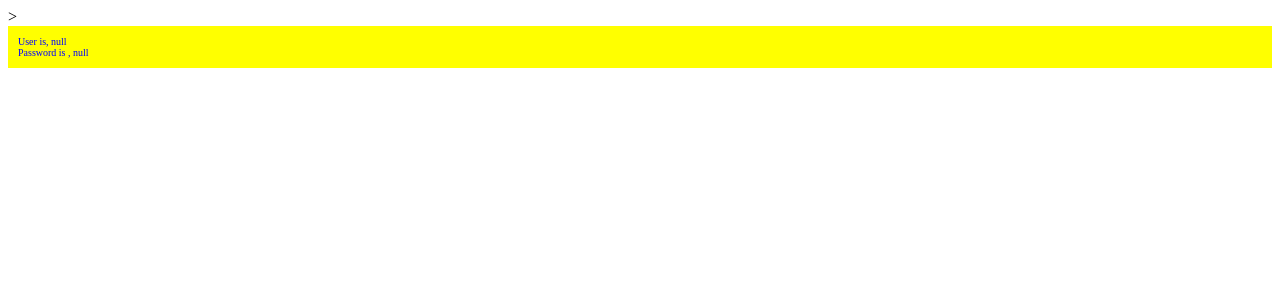
Repository: savithahb/springboot-apps
Page: http://localhost/WebOld2/result.jsp
The author's editor kept a copy of each file at every save. The page is drawn from the files as they stood at one save, then again after the next save.
The browser window is 1280 px wide. The pictures show the whole page.
The page is served by Tomcat 9.

Above is the page before, as saved 2020-02-13 08:12:26.

After the next save:
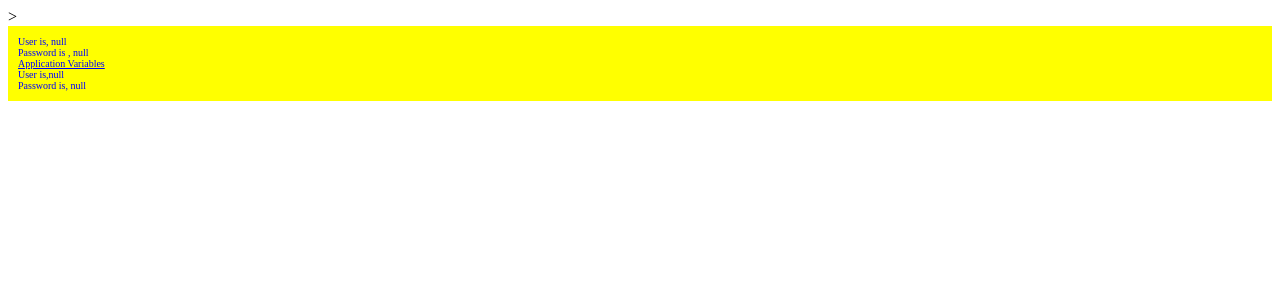
Saved 94 s later.
--- a/WebOld2/WebContent/result.jsp
+++ b/WebOld2/WebContent/result.jsp
@@ -22,6 +22,11 @@
 	background-color: yellow; color: blue; font-size: 10px; ">
 	User is, <%=user%> <br/>
 	Password is , <%=password %><br/>
+
+	<u>Application Variables</u><br/>
+	User is,<%=user1%> <br/>
+	Password is, <%=password1%><br/>
+
 	</div>
 
 </body>
